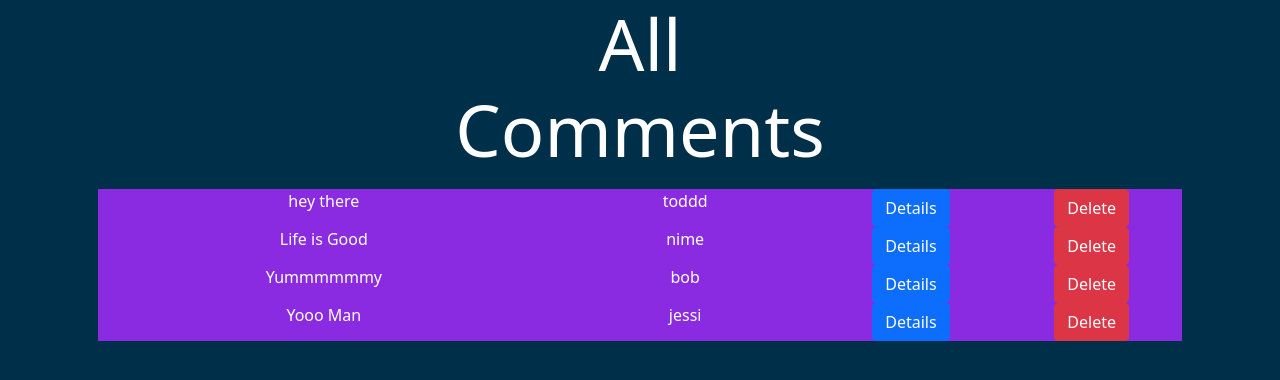
Repository: uditjain100/JavaScript-for-Web
Page: http://localhost/comments
These files come from the project's save history. The page is drawn as it stood at one moment and after the next save; the edit follows.
The browser window is 1280 px wide. The pictures show the whole page.
The page is served by the project's Node server (17.REST/index.js).

Above is the page before, as saved 2021-01-29 17:33:38.

After the next save:
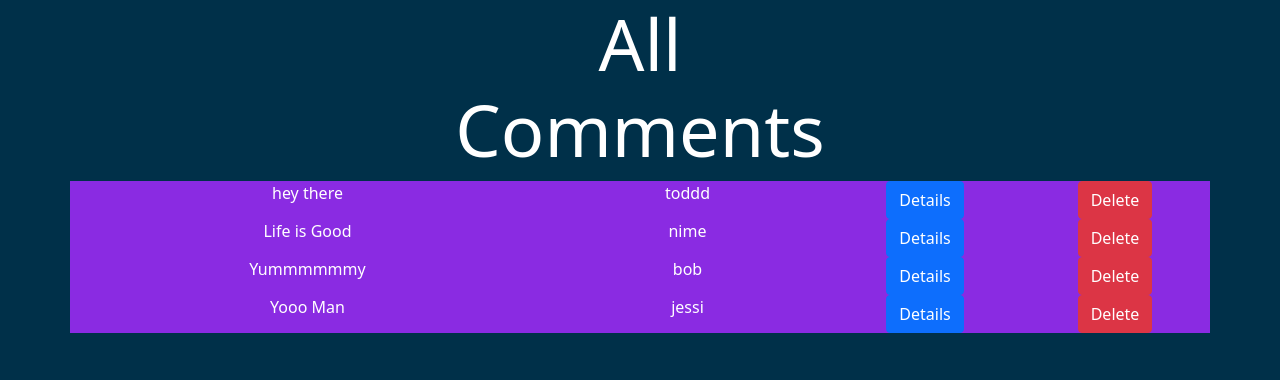
Saved 11 s later.
--- a/17.REST/views/home.ejs
+++ b/17.REST/views/home.ejs
@@ -17,7 +17,7 @@
         All Comments
       </h2>
       <div
-        class="row m-3"
+        class="row m3"
         style="text-align: center; background-color: blueviolet"
         ;
       >
